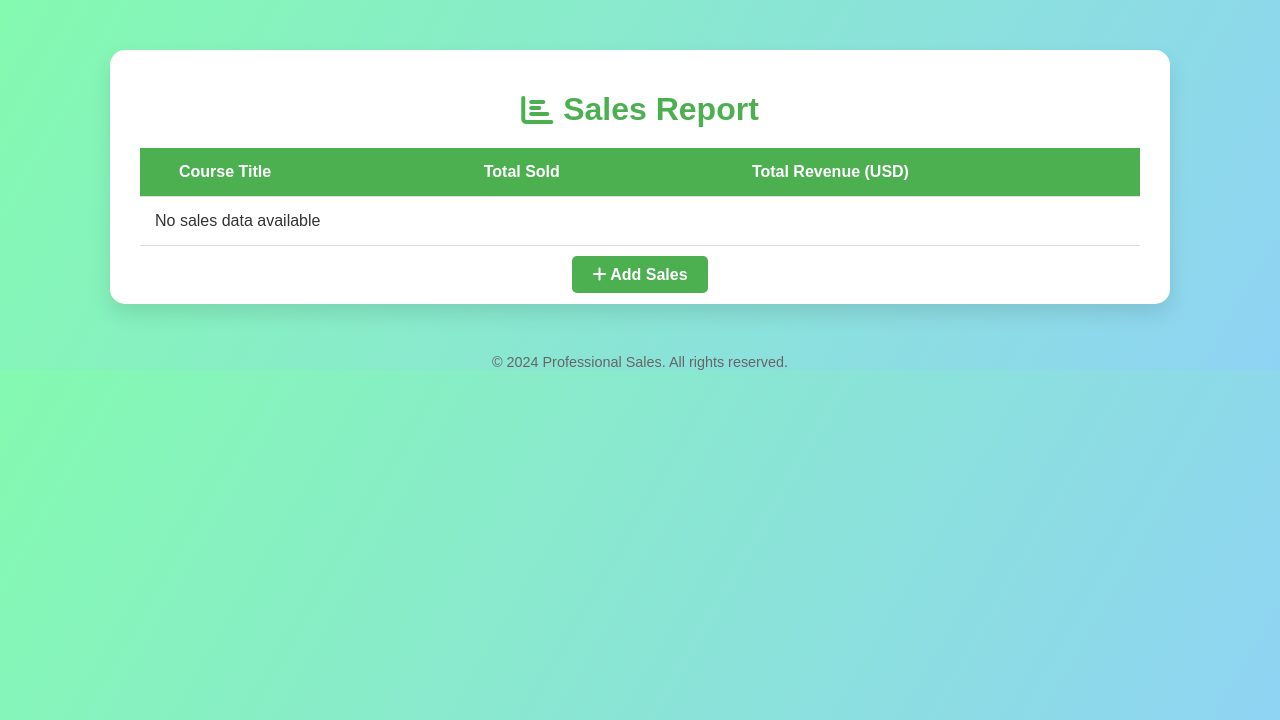
Repository: Syed1818/project
Page: http://localhost/sales_report.php
An editor plug-in stored every save of this project. The page is shown before and after the next save, followed by the edit.
The browser window is 1280 px wide. The pictures show the whole page.
The page is run by PHP 8.4 with error messages shown; the project is at /var/www/html/. Queries for data that is not in the repository find no rows.

Above is the page before, as saved 2024-12-07 15:18:35.

After the next save:
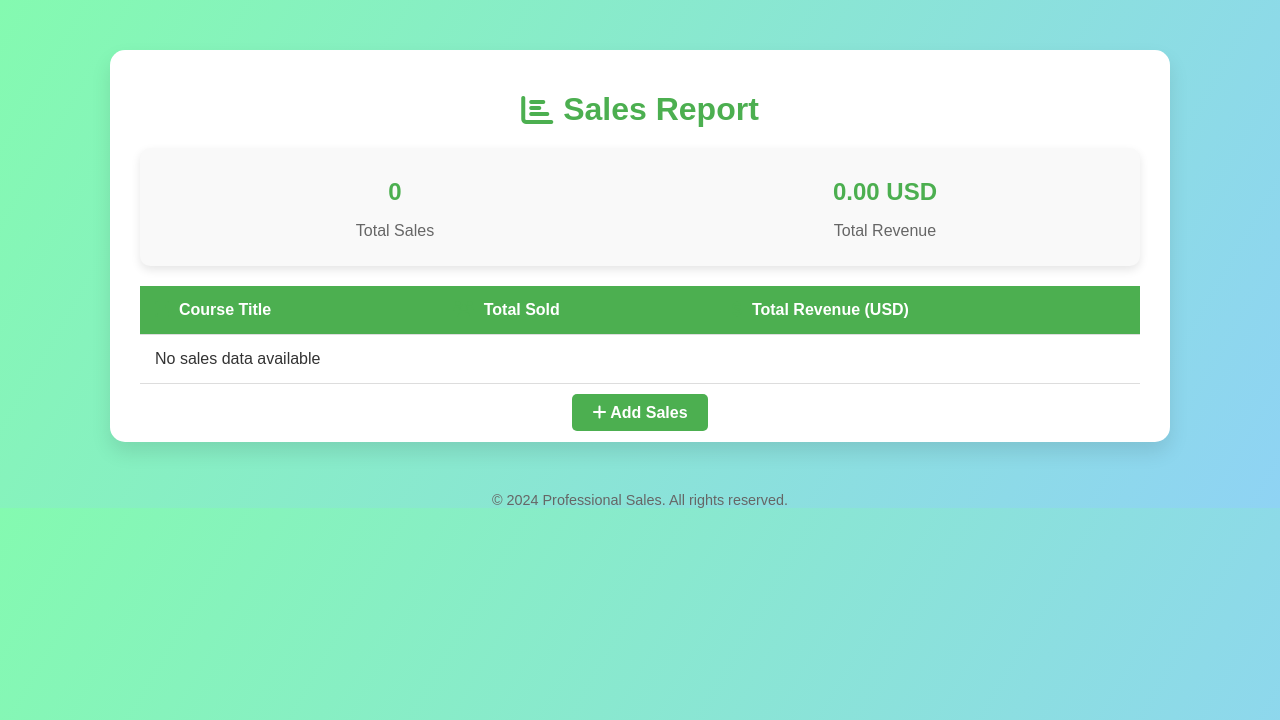
Saved 2 min 13 s later.
--- a/sales_report.php
+++ b/sales_report.php
@@ -12,6 +12,18 @@ $sales_query = "
     GROUP BY sales.course_id;
 ";
 $sales_result = $conn->query($sales_query);
+
+// Fetch total sales and revenue
+$total_query = "
+    SELECT
+        COUNT(*) AS total_sales,
+        SUM(price) AS total_revenue
+    FROM sales;
+";
+$total_result = $conn->query($total_query);
+$total_data = $total_result->fetch_assoc();
+$total_sales = $total_data['total_sales'] ?? 0;
+$total_revenue = $total_data['total_revenue'] ?? 0;
 ?>
 <!DOCTYPE html>
 <html lang="en">
@@ -48,6 +60,29 @@ $sales_result = $conn->query($sales_query);
         }
         h1 i {
             margin-right: 10px;
+        }
+        .stats {
+            display: flex;
+            justify-content: space-between;
+            margin-bottom: 20px;
+            padding: 10px;
+            background-color: #f9f9f9;
+            border-radius: 10px;
+            box-shadow: 0 4px 10px rgba(0, 0, 0, 0.1);
+        }
+        .stat-card {
+            text-align: center;
+            flex: 1;
+            margin: 0 10px;
+        }
+        .stat-card h2 {
+            font-size: 1.5rem;
+            color: #4CAF50;
+            margin-bottom: 5px;
+        }
+        .stat-card p {
+            font-size: 1rem;
+            color: #666;
         }
         table {
             width: 100%;
@@ -98,6 +133,20 @@ $sales_result = $conn->query($sales_query);
 <body>
     <div class="container">
         <h1><i class="fas fa-chart-bar"></i>Sales Report</h1>
+
+        <!-- Total Stats -->
+        <div class="stats">
+            <div class="stat-card">
+                <h2><?php echo $total_sales; ?></h2>
+                <p>Total Sales</p>
+            </div>
+            <div class="stat-card">
+                <h2><?php echo number_format($total_revenue, 2); ?> USD</h2>
+                <p>Total Revenue</p>
+            </div>
+        </div>
+
+        <!-- Sales Table -->
         <table>
             <thead>
                 <tr>
@@ -120,6 +169,8 @@ $sales_result = $conn->query($sales_query);
                 <?php endif; ?>
             </tbody>
         </table>
+
+        <!-- Add Sales Button -->
         <div class="actions">
             <a href="add_sales.php" class="add-sales-btn"><i class="fas fa-plus"></i> Add Sales</a>
         </div>
